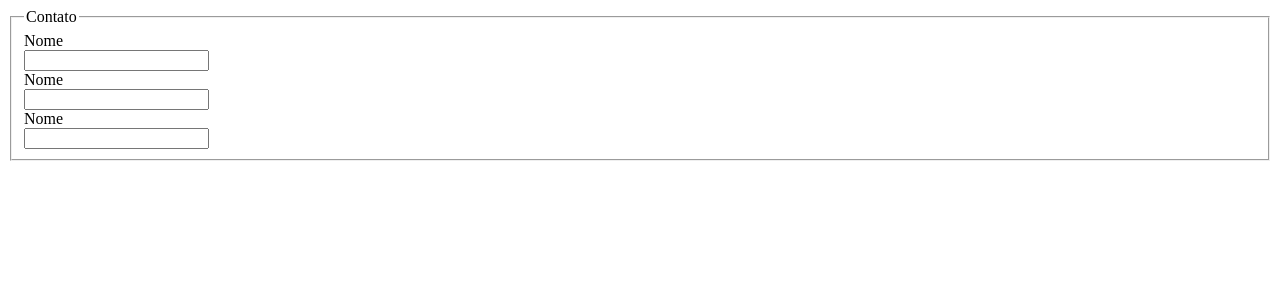
Repository: daniloserafim/trilha-backend-senai
Page: exemploServlet/WebContent/contato.html
These files come from the project's save history. The page is drawn as it stood at one moment and after the next save; the edit follows.
The browser window is 1280 px wide. The pictures show the whole page.

Above is the page before, as saved 2022-05-31 22:16:27.

### exemploServlet/WebContent/contato.html
<!DOCTYPE html>
<html>
<head>
<meta charset="ISO-8859-1">
<title>Insert title here</title>
</head>
<body>
	<form>
		<fieldset>
			<legend>Contato</legend>
			<div class="form-box">
				<div class="nome-box">
					<div class="nome-title">
						<label>Nome</label>
					</div>
					<div class="nome-input">
						<input>
					</div>
				</div>
				<div class="nome-box">
					<div class="nome-title">
						<label>Nome</label>
					</div>
					<div class="nome-input">
						<input>
					</div>
				</div>
				<div class="nome-box">
					<div class="nome-title">
						<label>Nome</label>
					</div>
					<div class="nome-input">
						<input>
					</div>
				</div>

			</div>
		</fieldset>
	</form>
</body>
</html>

After the next save:
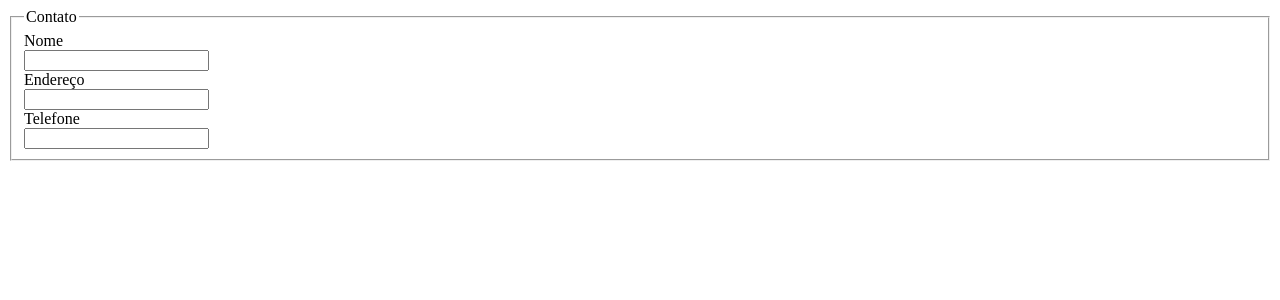
Saved 65 s later.
--- a/exemploServlet/WebContent/contato.html
+++ b/exemploServlet/WebContent/contato.html
@@ -17,19 +17,19 @@
 						<input>
 					</div>
 				</div>
-				<div class="nome-box">
-					<div class="nome-title">
-						<label>Nome</label>
+				<div class="endereco-box">
+					<div class="endereco-title">
+						<label>Endereço</label>
 					</div>
-					<div class="nome-input">
+					<div class="endereco-input">
 						<input>
 					</div>
 				</div>
-				<div class="nome-box">
-					<div class="nome-title">
-						<label>Nome</label>
+				<div class="telefone-box">
+					<div class="telefone-title">
+						<label>Telefone</label>
 					</div>
-					<div class="nome-input">
+					<div class="telefone-input">
 						<input>
 					</div>
 				</div>
